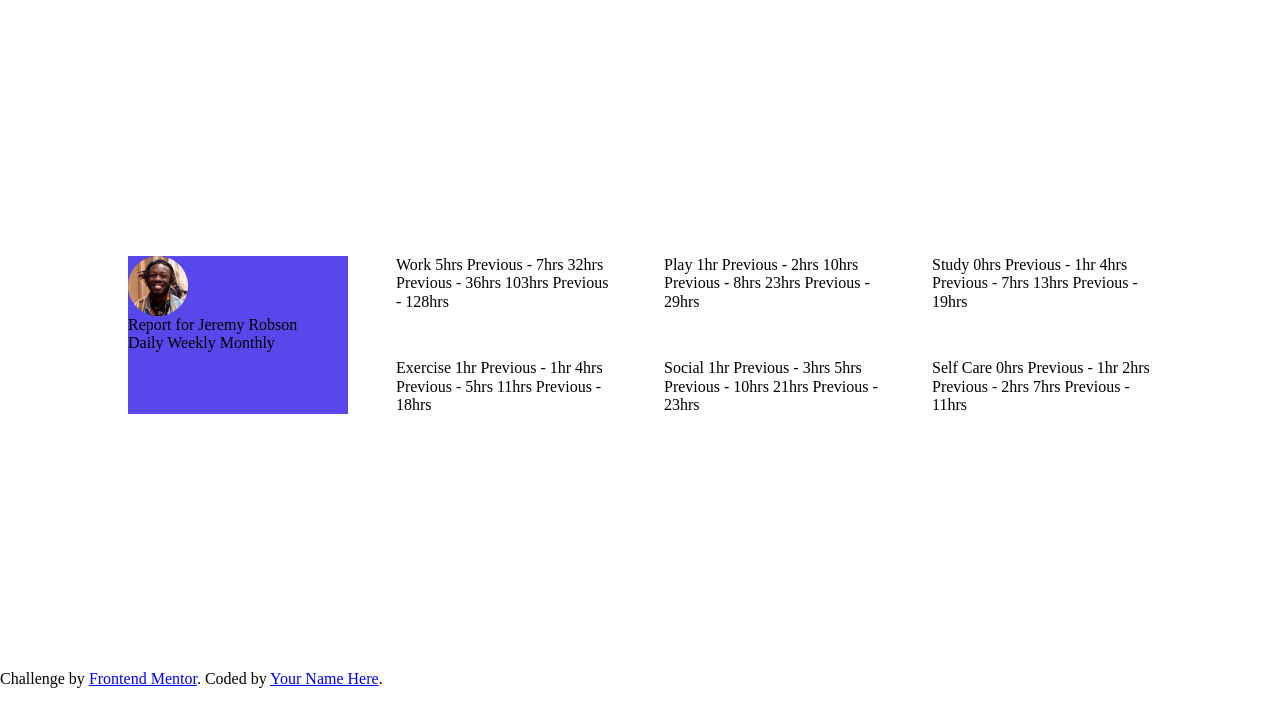
Repository: Jay-JYKim91/FM_time-tracking-dashboard
Page: index.html
An editor plug-in stored every save of this project. The page is shown before and after the next save, followed by the edit.
The browser window is 1280 px wide. The pictures show the whole page.

Above is the page before, as saved 2021-12-15 21:45:01.

After the next save:
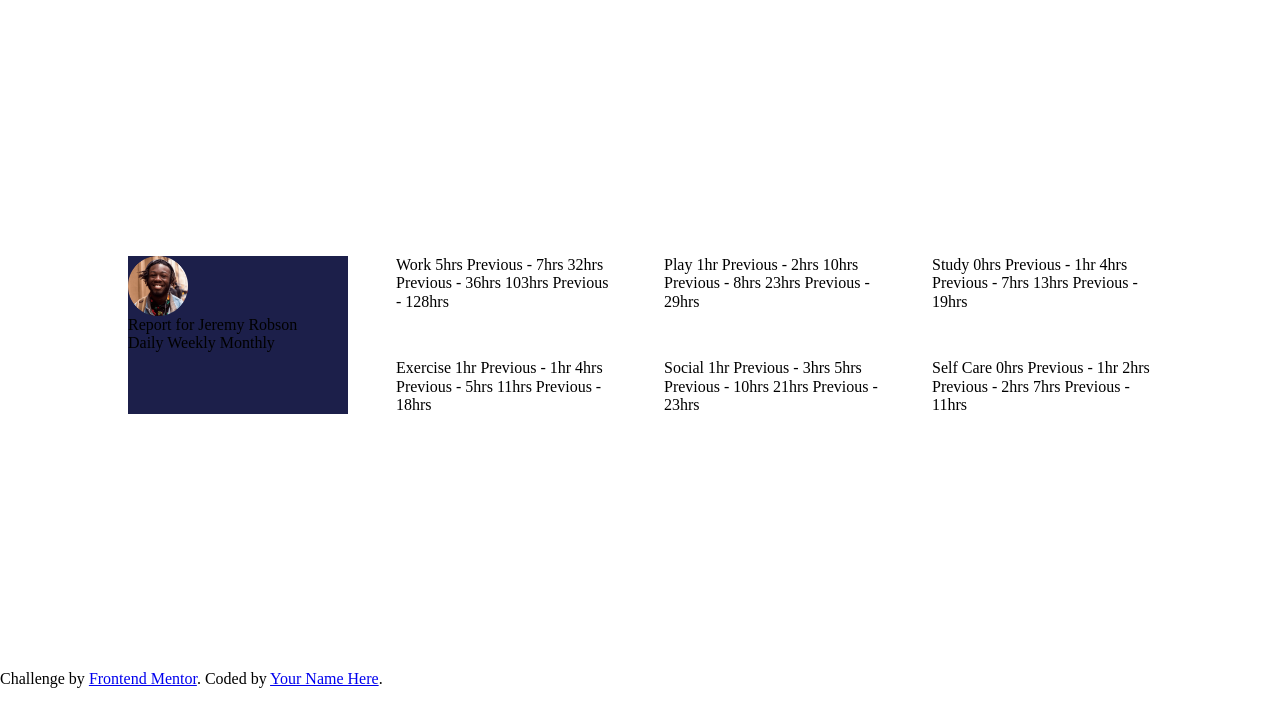
Saved 34 s later.
--- a/style.css
+++ b/style.css
@@ -28,7 +28,7 @@
 }
 .card:first-child {
   grid-row: 1 / 3;
-  background-color: var(--blue);
+  background-color: var(--dark-blue);
 }
 .profile {
   width: 60px;
